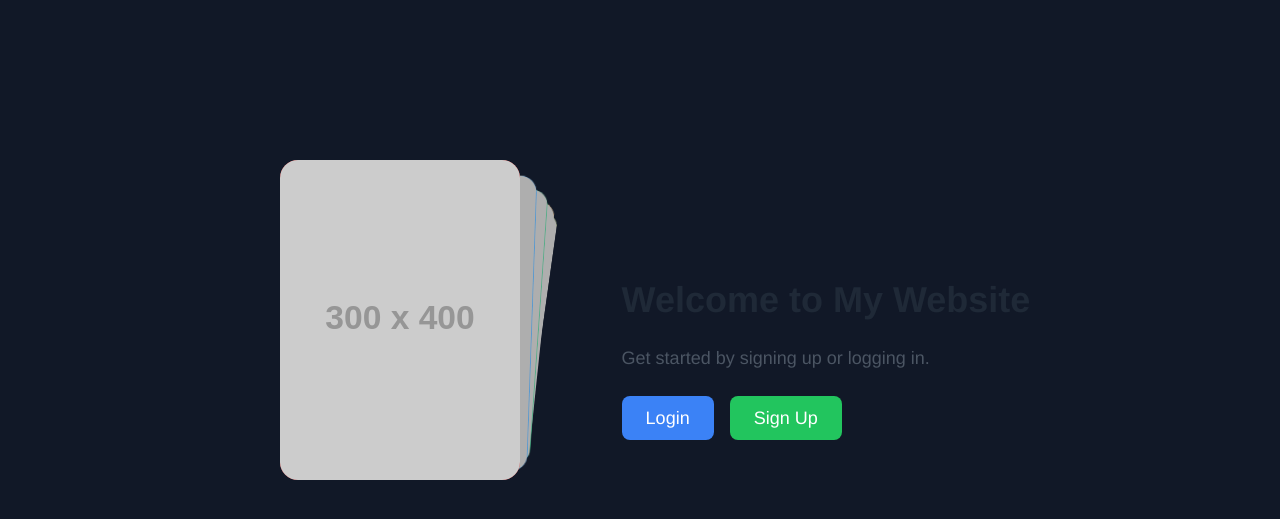
Repository: prathyushaa5/BuyYours
Page: / (app in Frontend/)
An editor plug-in stored every save of this project. The page is shown before and after the next save, followed by the edit.
The browser window is 1280 px wide. The pictures show the whole page.
The project was rebuilt for these pictures with package versions that can differ from the ones it lists, and the page was loaded fresh each time. Also part of the build but not shown: Frontend/vite.config.js, Frontend/src/components/Login.jsx, Frontend/src/components/Signup.jsx, Frontend/src/components/Home.jsx.

Above is the page before, as saved 2025-02-13 16:10:34.

After the next save:
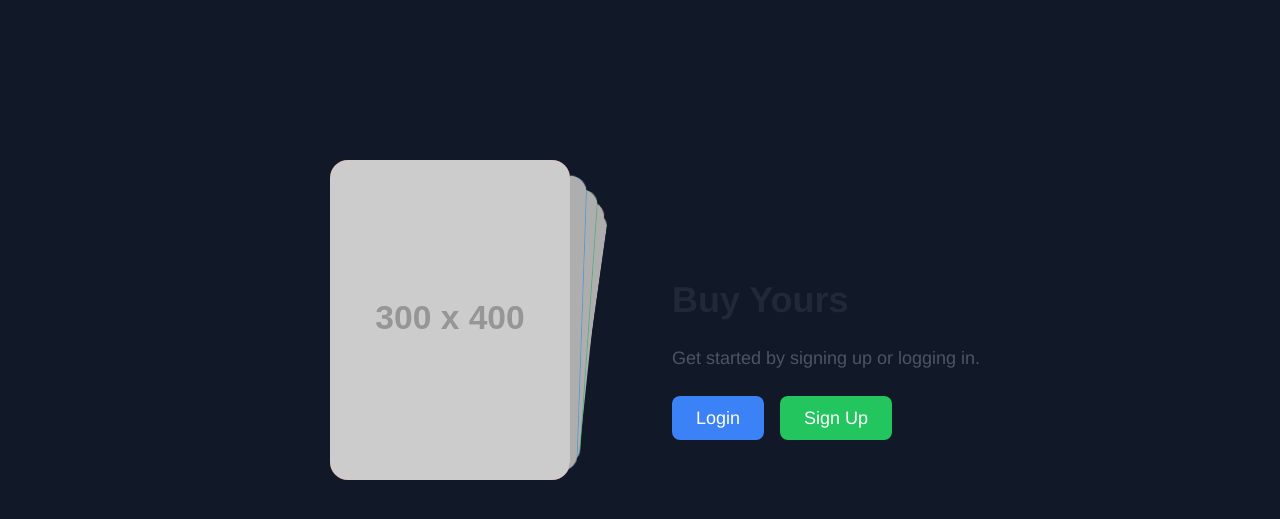
Saved 31 s later.
--- a/Frontend/src/components/Main.jsx
+++ b/Frontend/src/components/Main.jsx
@@ -39,7 +39,7 @@ export default function Main() {
       {/* Right: Welcome Text & Buttons */}
       <div className="flex flex-col items-start ml-6">
         <h1 className="text-4xl font-extrabold text-gray-800 mb-6">
-          Welcome to My Website
+          Buy Yours
         </h1>
         <p className="text-lg text-gray-600 mb-6">
           Get started by signing up or logging in.
